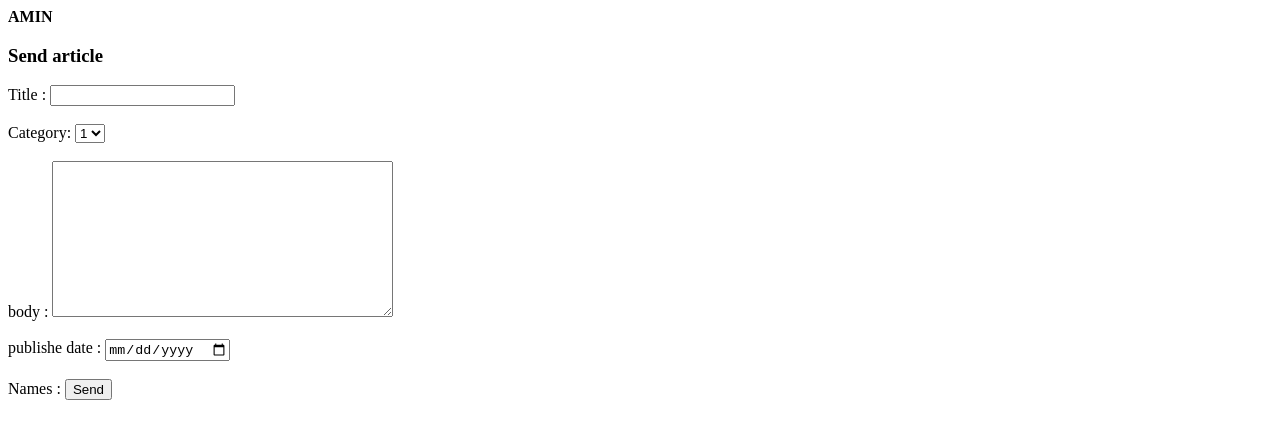
Repository: aminsheikhan/amins-github
Page: index.html
These files come from the project's save history. The page is drawn as it stood at one moment and after a run of saves; the edit follows.
The browser window is 1280 px wide. The pictures show the whole page.

Above is the page before, as saved 2025-12-10 13:08:57.

### index.html
<!DOCTYPE html>
<html>
    <head>
        <title>DK compani</title>

    </head>

    <body>

        <!-- <h1>hello</h1>
        <hr>
        <p>My name <br> is -------> <strong>AMIN</strong> </p>
        <!-- <img src="https://encrypted-tbn0.gstatic.com/images?q=tbn:ANd9GcRoAjtMwTQOLTAKjz2fEtOaZiAGcB5UmJiALA&s" alt="hourseoto">
        <ol>
            <li>Item one</li>
            <li>Item two</li>
            <li>Item tree</li>
        </ol>
        <hr>
        <ul>
            <li>Item 1</li>
            <li>Item 2</li>
            <li>Item 3</li>
        </ul>
        <a href="https://www.dieselkhodro.com/" target="_blank">Go to us Site</a> -->

        <!-- <table>
            <thead>
                <tr>
                    <th>head 1</th>
                    <th>head 2</th>
                    <th>head 3</th>
                </tr>
            </thead>

            <tbody>

                <tr>
                    <td>data 1</td>
                    <td>data 2</td>
                    <td> </td>
                </tr>

            </tbody>
        </table> -->

        <!-- <h2>Roocket Video</h2>
        <p>Lorem ipsum dolor sit amet consectetur, adipisicing elit. Sapiente dolores temporibus numquam rem voluptatem ipsum molestias id quasi nulla eius tempora deleniti maiores ratione et recusandae laboriosam rerum, sint officia.</p>
        <video controls width="720" height="350" poster="https://www.dieselkhodro.com/static/main_images/logo-blue.png">
            <source src="./vidio/141_python-141.mp4">
            Your Browser does not support
        </video>

        <hr>

        <h2>Roocket audio </h2>
        <p>Lorem ipsum dolor, sit amet consectetur adipisicing elit. Explicabo commodi dicta unde eum rerum esse beatae sequi saepe animi, sed voluptatum? Eos doloribus dolorum qui excepturi placeat quia est quae.</p>
        <audio controls>
            <source src="./vidio/Bogzar Ey Ashena - Ejraye Goruhi.mp3">

        </audio> -->

        <h3>Send article </h3>
        <form action="#">
            <label>Title :</label>
            <input type="" name="title">
            <br><br>

            <label>Category:</label>
            <select name="category">
                <option value="1">1</option>
                <option value="2">2</option>
                <option value="3">3</option>
            </select>
            <br><br>

            <label>body :</label>
            <textarea name="body" cols="40" rows="10"></textarea>
            <br><br>

            <label> publishe date :</label>
            <input type="date" name="publishe_at">
            <br><br>

            <label>Names : </label>

            <labe></label>


            <button type="submit">Send</button>

            <label for=""></label>


        </form>


    </body>





</html>

After the next 3 saves:
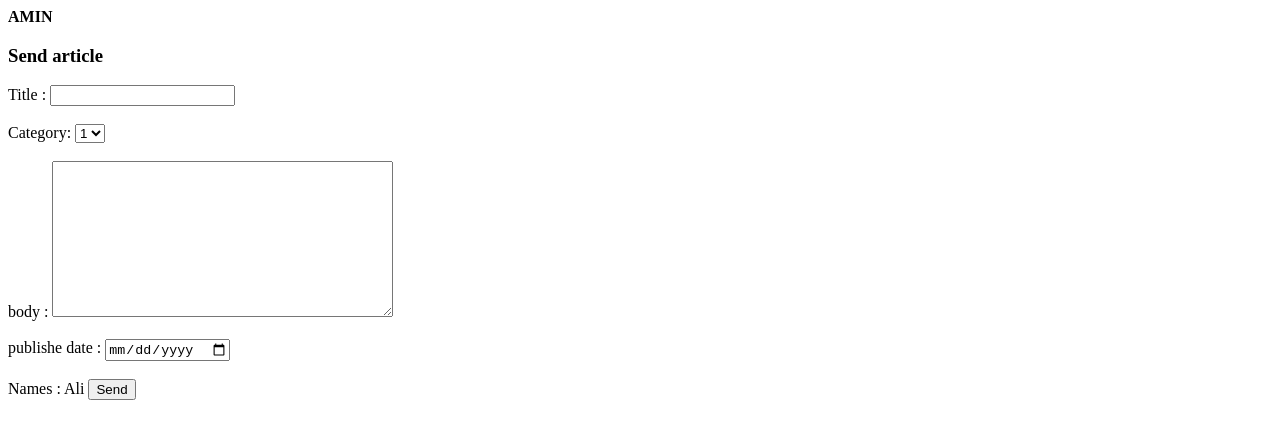
The 3 saves are shown as one change because they came seconds apart.
The last was saved 9 s later.
--- a/index.html
+++ b/index.html
@@ -84,7 +84,7 @@
 
             <label>Names : </label>
 
-            <labe></label>
+            <label>Ali</label>
 
 
             <button type="submit">Send</button>
